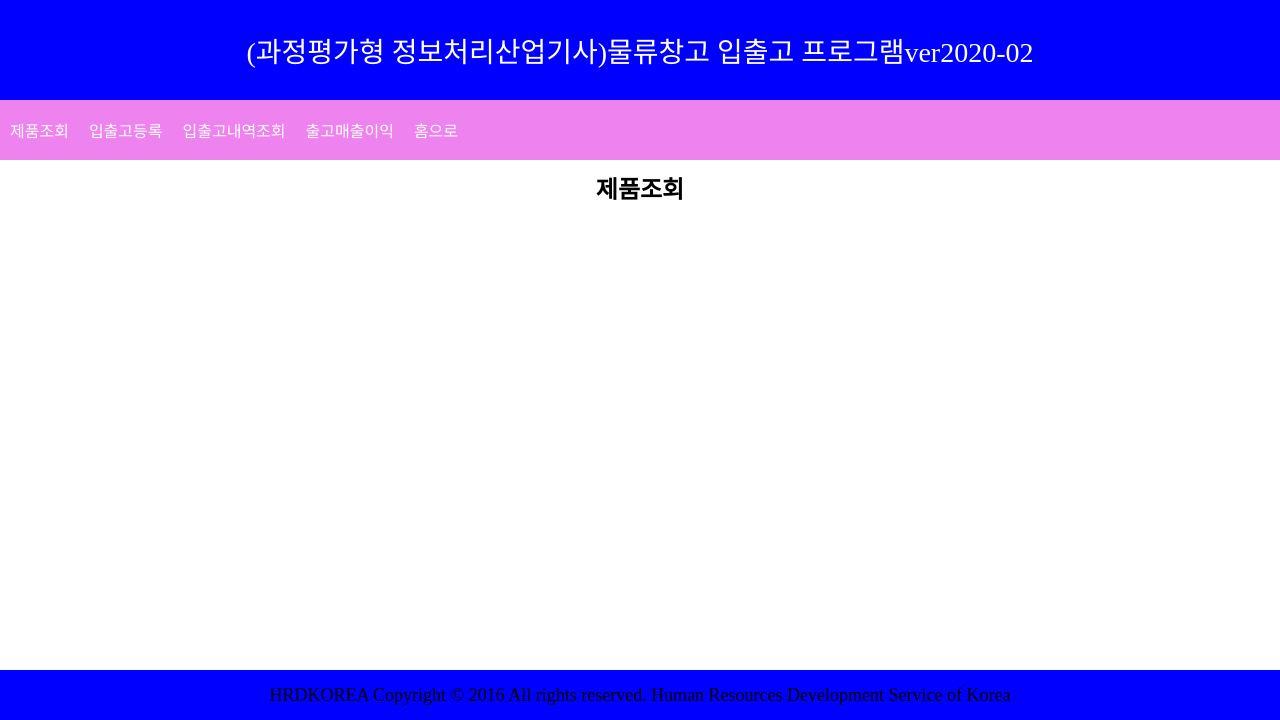
Repository: anakyn01/2_two
Page: http://localhost/cbq_1/one.jsp
These files come from the project's save history. The page is drawn as it stood at one moment and after the next save; the edit follows.
The browser window is 1280 px wide. The pictures show the whole page.
The page is served by Tomcat 9. Other server files are loaded and not shown.

Above is the page before, as saved 2024-12-11 06:10:04.

### exam/cbq_1/src/main/webapp/one.jsp
<%@ page language="java" contentType="text/html; charset=UTF-8"
    pageEncoding="UTF-8"%>
<jsp:include page="include/header.jsp" flush="false" />

<h1>제품조회</h1>

<table>
<colgroup>
<col style="width:10%"/>
<col style="width:30%"/>
<col style="width:15%"/>
<col style="width:30%"/>
<col style="width:15%"/>
</colgroup>
<tr>
</tr>
</table>

<jsp:include page="include/footer.jsp" flush="false" />

### exam/cbq_1/src/main/webapp/include/header.jsp
<%@ page language="java" contentType="text/html; charset=UTF-8"
    pageEncoding="UTF-8"%>
<!DOCTYPE html>
<html>
<head>
<meta charset="UTF-8">
<title>물류창고 입출고 프로그램</title>
<link rel="stylesheet" href="css/style.css"/>
</head>
<body>
<header>
(과정평가형 정보처리산업기사)물류창고 입출고 프로그램ver2020-02
</header>
<nav>
<ul class="nav">
<li><a href="one.jsp">제품조회</a></li>
<li><a href="two.jsp">입출고등록</a></li>
<li><a href="three.jsp">입출고내역조회</a></li>
<li><a href="four.jsp">출고매출이익</a></li>
<li><a href="/">홈으로</a></li>
</ul>
</nav>

### exam/cbq_1/src/main/webapp/include/footer.jsp
<%@ page language="java" contentType="text/html; charset=UTF-8"
    pageEncoding="UTF-8"%>
<footer>
HRDKOREA Copyright &copy; 2016 All rights reserved. Human Resources Development Service of Korea
</footer>
</body>
</html>

### exam/cbq_1/src/main/webapp/css/style.css
@charset "UTF-8";

html, html * {
margin:0; padding:0; box-sizing:border-box;
}
header{
width:100%; background-color:blue;
height:100px; color:white; font-size:28px;
display:flex; justify-content:center; align-items:center;
}
nav{
width:100%;	background-color:violet; height:60px; font-size:16px; height:60px;
}
.nav{
width:100%;	height:60px; display:flex; justify-content:flex-start; align-items:center;
}
ul,ol,li{list-style:none; }
.nav li a {
height:60px; display:flex; align-items:center; padding:0px 10px; color:white
}
a {text-decoration:none; }

h1{text-align:center; font-size:24px; margin:10px 0px;}

table, tr, td, th {
border-collapse:separate;
margin:0 auto;
}

footer{
width:100%; background-color:blue;
height:50px; font-size:18px;
display:flex; justify-content:center; align-items:center;
position:fixed; z-index:2; right:0; bottom:0;
}

After the next save:
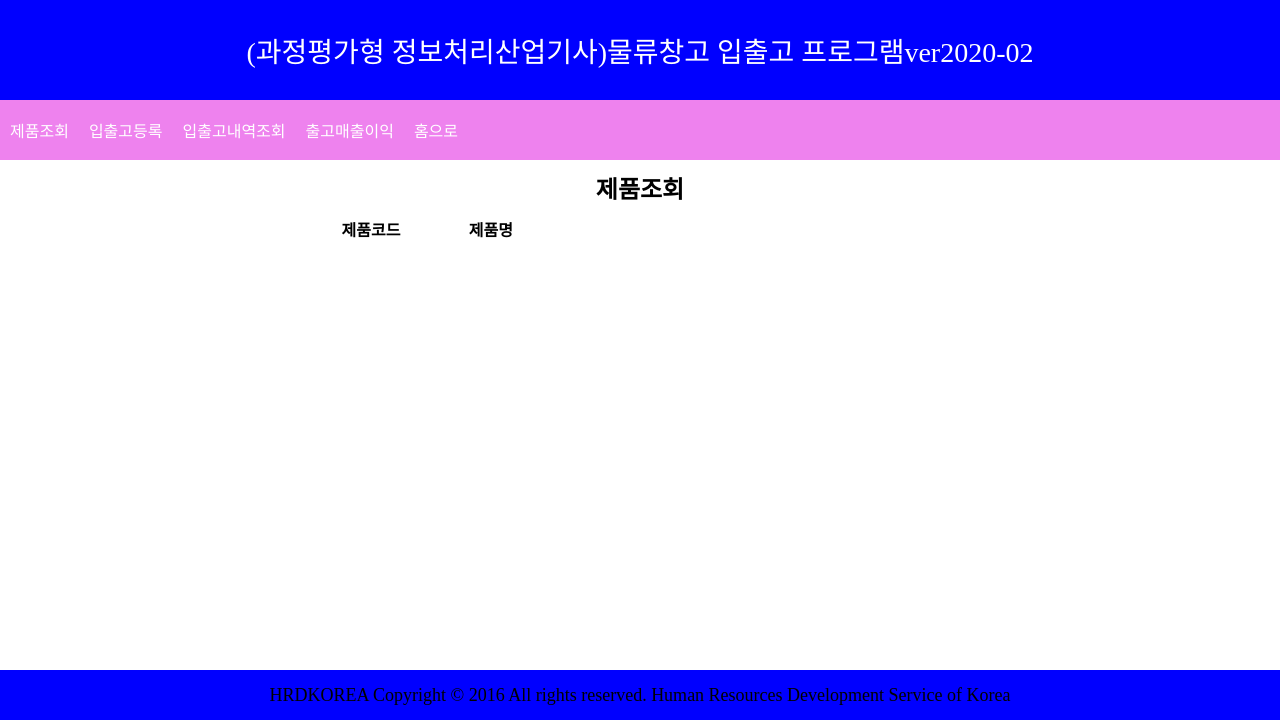
Saved 55 s later.
--- a/exam/cbq_1/src/main/webapp/one.jsp
+++ b/exam/cbq_1/src/main/webapp/one.jsp
@@ -12,8 +12,12 @@
 <col style="width:30%"/>
 <col style="width:15%"/>
 </colgroup>
+<thead>
 <tr>
+<th>제품코드</th><th>제품명</th><th></th><th></th><th></th>
 </tr>
+</thead>
+
 </table>
 
 <jsp:include page="include/footer.jsp" flush="false" />
